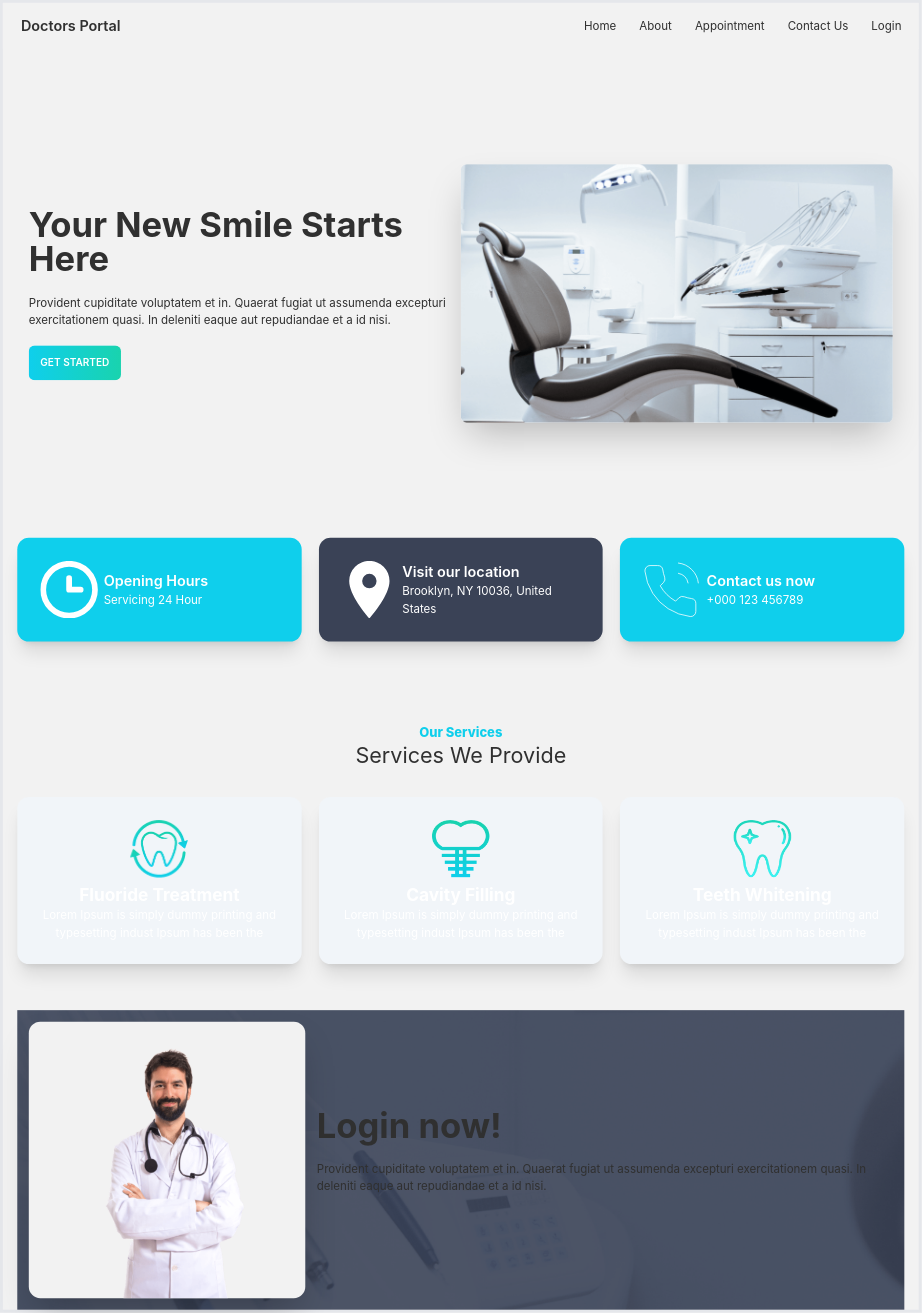
Repository: Samad77/Doctorportal-Client
Page: /
An editor plug-in stored every save of this project. The page is shown before and after the next save, followed by the edit.
The browser window is 1280 px wide. The pictures show the whole page, at 72% of full size.
The project was rebuilt for these pictures with package versions that can differ from the ones it lists, and the page was loaded fresh each time. Also part of the build but not shown: src/Pages/Login/Login.js.

Above is the page before, as saved 2022-11-12 18:41:27.

### src/App.js
import logo from './logo.svg';
import './App.css';
import {RouterProvider} from 'react-router-dom'
import router from './Layout/Routes/Routes';
import Cards from './Pages/Home/Cards/Cards';
function App() {
  return (
    <div className="App max-w-[1440px] mx-auto border-4">
      <RouterProvider router={router}>

      </RouterProvider>
    </div>
  );
}

export default App;

### src/Layout/Routes/Routes.js
import { createBrowserRouter } from "react-router-dom";
import Home from "../../Pages/Home/Home";
import Login from "../../Pages/Login/Login";
import Main from "../Main/Main";

const router = createBrowserRouter([
    {path : "/",
    element : <Main></Main>,
    children : [
        {path : '/', element : <Home></Home>,},
        {path: '/home', element : <Home></Home>},
        {path: '/login', element : <Login></Login>},
    ]
    }
])

export default router;

### src/Pages/Home/Cards/Cards.js
import React from 'react';
import img1 from '../../../assets/icons/clock.svg'
import img2 from '../../../assets/icons/marker.svg'
import img3 from '../../../assets/icons/phone.svg'
import img4 from '../../../assets/icons/quote.svg'

const Cards = () => {
    return (
        <section className='grid grid-cols-1 gap-6 md:grid-cols-2 lg:grid-cols-3 my-28'>
            <div className="card  bg-primary text-white shadow-xl">
                <div className="card-body flex flex-col items-center  lg:flex-row">
                    <div className=''>
                        <img src={img1} alt="" className='w-20 h-20'/>
                    </div>
                    <div className='text-left'>
                        <h2 className="card-title">Opening Hours</h2>
                        <p>Servicing 24 Hour</p>
                    </div>

                </div>
            </div>

            <div className="card  bg-neutral text-white shadow-xl">
                <div className="card-body flex flex-col items-center  lg:flex-row">
                    <div className=''>
                        <img src={img2} alt="" className='w-20 h-20'/>
                    </div>
                    <div className='text-left'>
                        <h2 className="card-title">Visit our location</h2>
                        <p>Brooklyn, NY 10036, United States</p>
                    </div>

                </div>
            </div>

            <div className="card  bg-primary text-white shadow-xl">
                <div className="card-body flex flex-col items-center  lg:flex-row">
                    <div className=''>
                        <img src={img3} alt="" className='w-20 h-20'/>
                    </div>
                    <div className='text-left'>
                        <h2 className="card-title">Contact us now</h2>
                        <p>+000 123 456789</p>
                    </div>

                </div>
            </div>
        </section>
    );
};

export default Cards;

### src/Pages/Home/Home.js
import React from 'react';
import Banner from './Banner/Banner';
import Cards from './Cards/Cards';
import MakeAppointment from './MakeAppointment/MakeAppointment';
import Services from './Services/Services';

const Home = () => {
    return (
        <div className='mx-5'>
            <Banner></Banner>
            <Cards></Cards>
            <Services></Services>
            <MakeAppointment></MakeAppointment>
        </div>
    );
};

export default Home;

### src/Layout/Main/Main.js
import React from 'react';
import Footer from '../../Pages/Shared/Footer/Footer';
import Navbar from '../../Pages/Shared/Navbar/Navbar';
import {Outlet} from 'react-router-dom'
const Main = () => {
    return (
        <div>
            <Navbar></Navbar>
                <Outlet></Outlet>
            <Footer></Footer>
        </div>
    );
};

export default Main;

### src/Pages/Home/Banner/Banner.js
import React from 'react';
import img1 from '../../../assets/images/chair.png'
import PrimaryButton from '../../../Components/PrimaryButton/PrimaryButton';
const Banner = () => {
    return (
        <div className="hero bg-base-100 my-36">
            <div className="hero-content flex-col lg:flex-row-reverse">
                <img src={img1} className=" rounded-lg shadow-2xl lg:w-1/2" />
                <div className='text-left'>
                <h1 className="text-5xl font-bold">Your New Smile Starts Here</h1>
                <p className="py-6">Provident cupiditate voluptatem et in. Quaerat fugiat ut assumenda excepturi exercitationem quasi. In deleniti eaque aut repudiandae et a id nisi.</p>
                <PrimaryButton>Get Started</PrimaryButton>
                </div>
            </div>
        </div>
    );
};

export default Banner;

### src/Pages/Home/MakeAppointment/MakeAppointment.js
import React from 'react';
import img1 from '../../../assets/images/appointment.png'
import doctor from '../../../assets/images/doctor.png'

const MakeAppointment = () => {
    return (
        <div className="hero bg-base-100 mt-16" style={{background : `url(${img1})`}}>
  <div className="hero-content flex-col lg:flex-row-reverse">
    <div className="text-center lg:text-left">
      <h1 className="text-5xl font-bold">Login now!</h1>
      <p className="py-6">Provident cupiditate voluptatem et in. Quaerat fugiat ut assumenda excepturi exercitationem quasi. In deleniti eaque aut repudiandae et a id nisi.</p>
    </div>
    <div className="card flex-shrink-0 w-full max-w-sm shadow-2xl bg-base-100">
       <img src={doctor} alt="" />
    </div>
  </div>
</div>
    );
};

export default MakeAppointment;

### src/Pages/Home/Services/Services.js
import React from 'react';
import img1 from '../../../assets/images/fluoride.png'
import img2 from '../../../assets/images/cavity.png'
import img3 from '../../../assets/images/whitening.png'
const Services = () => {
    const allServices = [
        {
            img : img1,
            name : "Fluoride Treatment",
            about : "Lorem Ipsum is simply dummy printing and typesetting indust Ipsum has been the"
        },
        {
            img : img2,
            name : "Cavity Filling",
            about : "Lorem Ipsum is simply dummy printing and typesetting indust Ipsum has been the"
        },
        {
            img : img3,
            name : "Teeth Whitening",
            about : "Lorem Ipsum is simply dummy printing and typesetting indust Ipsum has been the"
        },
    ]
    return (

        <section>

            <div className=''>
                <h1 className='text-primary text-lg font-extrabold'>Our Services</h1>
                <p className='text-3xl'>Services We Provide</p>
            </div>

            <div className='grid grid-cols-1 gap-6 my-10 md:grid-cols-2 lg:grid-cols-3'>

            {
                allServices.map( service => <Service key={service.name} service={service}></Service>)
            }
            </div>
        </section>

    );
};

const Service = ({service}) => {
    return (
        <div className="card  bg-primary text-white shadow-xl bg-slate-100 text-black ">
            <div className="card-body flex flex-col items-center  ">
                <div className=''>
                    <img src={service.img} alt="" className='w-20 h-20'/>
                </div>
                <div className=''>
                    <h2 className="text-2xl font-bold">{service.name}</h2>
                    <p>{service.about}</p>
                </div>
            </div>
        </div>


    )
}
export default Services;

### src/Pages/Shared/Navbar/Navbar.js
import React from 'react';
import {Link} from 'react-router-dom'
const Navbar = () => {

    const menuItems =

    <React.Fragment>
        <li><Link to="/home">Home</Link></li>
        <li><Link to="/about">About</Link></li>
        <li><Link to="/appointment">Appointment</Link></li>
        <li><Link to="/contact">Contact Us</Link></li>
        <li><Link to="/login">Login</Link></li>
    </React.Fragment>

    return (
        <div className="navbar bg-base-100 flex justify-between">
  <div className="navbar-start">
    <div className="dropdown">
      <label tabIndex={0} className="btn btn-ghost lg:hidden">
        <svg xmlns="http://www.w3.org/2000/svg" className="h-5 w-5" fill="none" viewBox="0 0 24 24" stroke="currentColor"><path strokeLinecap="round" strokeLinejoin="round" strokeWidth="2" d="M4 6h16M4 12h8m-8 6h16" /></svg>
      </label>
      <ul tabIndex={0} className="menu menu-compact dropdown-content mt-3 p-2 shadow rounded-box w-52">
            {menuItems}
      </ul>
    </div>
    <Link to='/' className="btn btn-ghost normal-case text-xl">Doctors Portal</Link>
  </div>
  <div className="navbar-center hidden lg:flex">
    <ul className="menu menu-horizontal p-0">
        {menuItems}
    </ul>
  </div>

</div>
    );
};

export default Navbar;

### src/Components/PrimaryButton/PrimaryButton.js
import React from 'react';

const PrimaryButton = ({children}) => {
    return (
        <button className="btn btn-primary border-0 bg-gradient-to-r from-primary to-secondary text-white">{children}</button>
    );
};

export default PrimaryButton;

### tailwind.config.js
/** @type {import('tailwindcss').Config} */
module.exports = {
  content: ["./src/**/*.{js,jsx,ts,tsx}"],
  theme: {
    extend: {},
  },
  daisyui : {
    themes : [

    {
      doctorThemes: {

primary: "#0FCFEC",

secondary: "#19D3AE",

neutral: "#3A4256",

"base-100": "#F2F2F2",

      },
    },
  ]
  },
  plugins: [require("daisyui")],
}

Loaded but not shown: public/index.html (common file); src/index.js (common file); src/index.css (common file); src/reportWebVitals.js (common file); src/App.css (common file); src/Pages/Shared/Footer/Footer.js (common file)

After the next save:
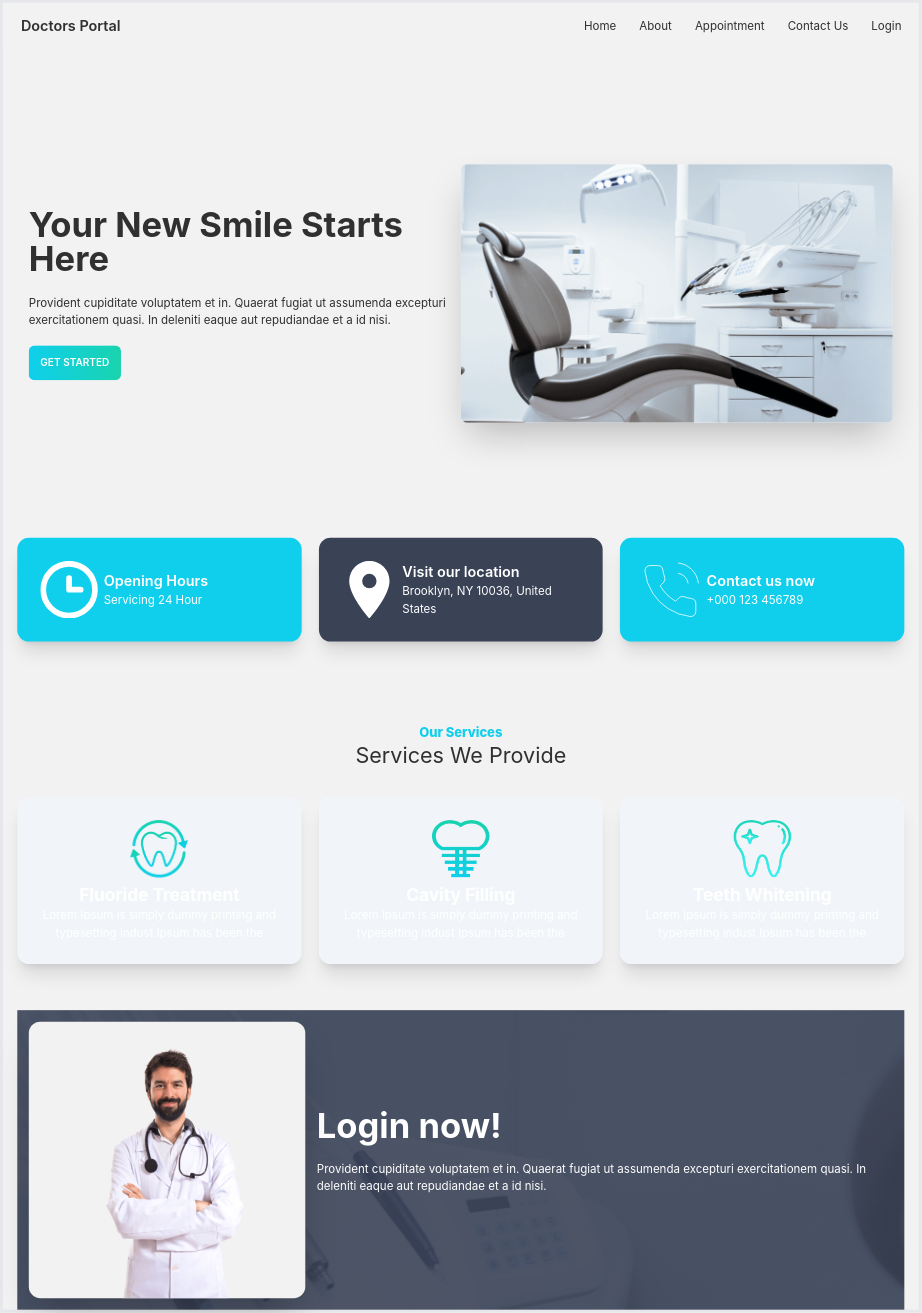
Saved 16 s later.
--- a/src/Pages/Home/MakeAppointment/MakeAppointment.js
+++ b/src/Pages/Home/MakeAppointment/MakeAppointment.js
@@ -4,7 +4,7 @@ import doctor from '../../../assets/images/doctor.png'
 
 const MakeAppointment = () => {
     return (
-        <div className="hero bg-base-100 mt-16" style={{background : `url(${img1})`}}>
+        <div className="hero bg-base-100 mt-16 text-white" style={{background : `url(${img1})`}}>
   <div className="hero-content flex-col lg:flex-row-reverse">
     <div className="text-center lg:text-left">
       <h1 className="text-5xl font-bold">Login now!</h1>
